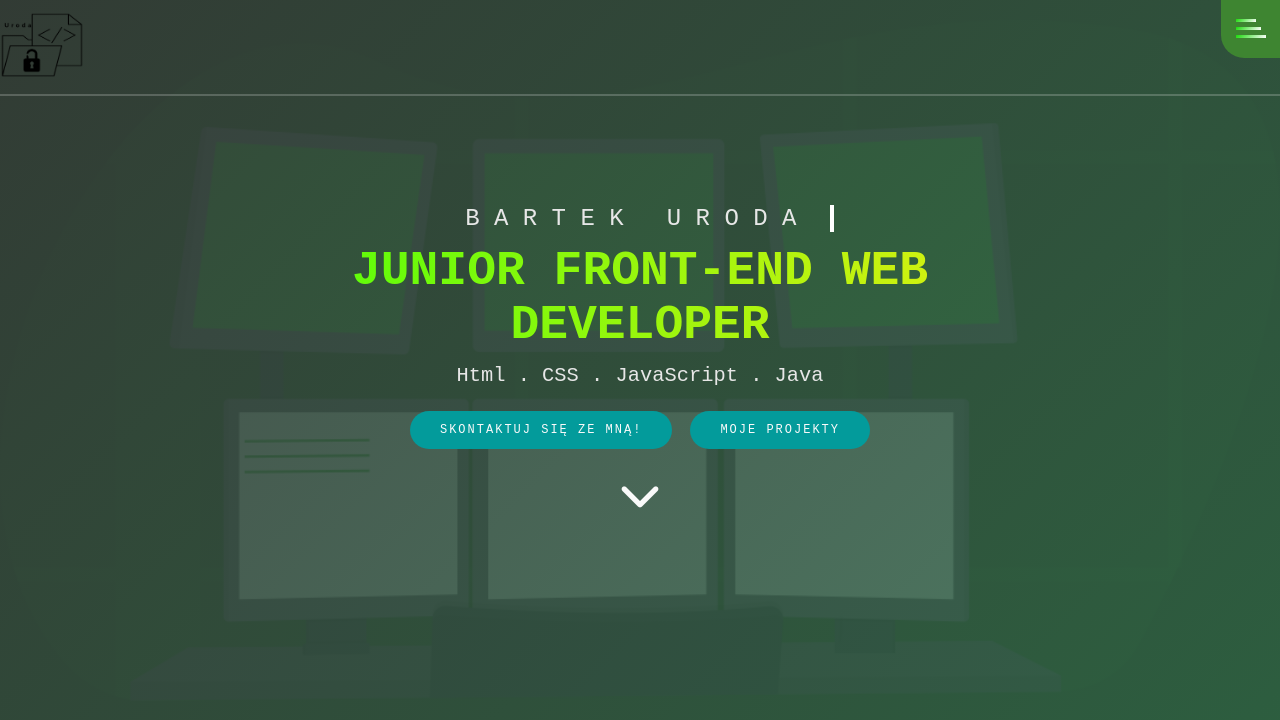
Repository: BartekUroda/portfolio
Page: index.html
The author's editor kept a copy of each file at every save. The page is drawn from the files as they stood at one save, then again after the next save.
The browser window is 1280 px wide. The pictures show the whole page.
Some web fonts or font styles are not loaded; a fallback is used. Some web libraries are served in a nearby version.

Above is the page before, as saved 2020-10-27 00:35:27.

### index.html
<!DOCTYPE html>
<html lang="en">
<head>
    <meta charset="UTF-8">
    <meta name="viewport" content="width=device-width, initial-scale=1.0">
    <title>Portfolio | Bartek Uroda</title>
    <link rel="stylesheet" type="text/css" href="css/style.css">
    <link href="https://fonts.googleapis.com/css2?family=Poppins&sfamily=Share+Tech+Mono&display=swap" rel="stylesheet">
    <script src="https://kit.fontawesome.com/056e5c10dc.js" crossorigin="anonymous"></script>
    <link rel="shortcut icon" type="image/x-icon" href="images/favicon.ico" />
</head>
<body>
    <header>
        <div class="container">
            <nav>
                <div class="nav-brand">
                    <a href="index.html">
                        <img src="images/logo.png" alt="Uroda">
                    </a>
                </div>
                <div class="burger-menu-icon">
                    <div class="line1"></div>
                    <div class="line2"></div>
                    <div class="line3"></div>
                </div>
                <ul class="nav-list">
                    <li class="nav-item">
                      <a href="#landing-page">
                        <img
                          src="images/profile.jpeg"
                          alt="Bartek Uroda"
                          class="profile-pic nav-link"
                        >
                        <span class="caption nav-link">Bartek Uroda</span>
                      </a>
                    </li>
                    <li class="nav-item">
                      <a href="#about" class="nav-link">O mnie</a>
                    </li>
                    <li class="nav-item">
                      <a href="#services" class="nav-link">Usługi</a>
                    </li>
                    <li class="nav-item">
                      <a href="#projects" class="nav-link">Projekty</a>
                    </li>
                    <li class="nav-item">
                      <a href="#contact" class="nav-link">Kontakt</a>
                    </li>
                    <li class="nav-item">
                      <a href="https://www.facebook.com/bartlomiej.uroda.3" target="_blank" class="nav-link">
                        <i class="fab fa-facebook"></i>
                      </a>
                      <a href="https://github.com/Urodii" target="_blank" class="nav-link">
                        <i class="fab fa-github"></i>
                      </a>
                      <a href="https://www.youtube.com/channel/UCzT1h5RNvmbtrmKT5hPjyAg?view_as=subscriber" target="_blank" class="nav-link">
                        <i class="fab fa-youtube"></i>
                      </a>
                    </li>
                  </ul>
            </nav>
        </div>
    </header>
    <main>
      <section id="landing-page" class="landing-page">
        <div class="container">
          <div class="main-message">
            <h2>Bartek Uroda</h2>
            <h3>Junior Front-End Web Developer</h3>
            <p>Html . CSS . JavaScript . Java</p>
            <div class="intro-btn">
              <div class="cta">
                <a href="#contact" class="btn">Skontaktuj się ze mną!</a>
              </div>
              <div class="cta">
                <a href="#projects" class="btn">Moje Projekty</a>
              </div>
            </div>
            <div>
              <a href="#about" class="scroll-down">
                <i class="fa fa-chevron-down" aria-hidden="true"></i>
              </a>
            </div>
          </div>
        </div>
      </section>
    </main>
 <script type="text/javascript" src="js/main.js"></script>
</body>
</html>

### css/style.css
/* ----------GLOBAL STYLES---------- */
*,
*::before,
*::after {
  margin: 0;
  padding: 0;
  box-sizing: inherit;
}
html {
    font-family: "Share Tech Mono", monospace;
    font-size: 12px;
    box-sizing: border-box;
    scroll-behavior: smooth;
    color: #e7e7e7;
    background: rgb(49, 68, 56);
}

a {
    text-decoration: none;
    color: rgb(3, 155, 23);
}

a:hover {
    color: rgba(249, 105, 14, 1);
}

ul {
    list-style: none;
}

p {
    font-size: 1.4rem;
}

img {
    width: 100%;
    max-width: 100%;
    height: auto;
}
/* ----------HEADER---------- */
header {
    width: 100%;
    height: 5rem;
    position: absolute;
    top: 0;
    left: 0;
    z-index: 1;
}
.contenier {
    width: 100%;
    max-width: 90rem;
    margin: 0 auto;
    padding: 0 1.5rem;
}
.nav-brand {
    width: 7rem;
}
nav {
    width: 100%;
    display: flex;
    align-items: center;
    justify-content: space-between;
    padding: 1rem 0;
    border-bottom: 2px solid rgba(255, 255, 255, .2);
}
.line1 {
    width: 20px;
    height: 3px;
    margin: 5px 0;
    background: linear-gradient(
      135deg,
      rgb(27, 218, 10) 0%,
      rgb(255, 255, 255) 100%
    );
}
.line2 {
    width: 25px;
    height: 3px;
    background: linear-gradient(
      135deg,
      rgb(27, 218, 10) 0%,
      rgb(255, 255, 255) 100%
    );
}
.line3 {
    width: 30px;
    height: 3px;
    margin: 5px 0;
    background: linear-gradient(
      135deg,
      rgb(27, 218, 10) 0%,
      rgb(255, 255, 255) 100%
    );
}
.burger-menu-icon {
    cursor: pointer;
    z-index: 999;
    position: fixed;
    right: 0;
    top: 0;
    background-color: rgba(67, 145, 47, 0.815);
    padding: 1.2rem;
    border-radius: 0% 0% 0% 40%;
}
.profile-pic {
    height: 9rem;
    width: auto;
    border-radius: 50%;
    display: block;
    margin: 1.5rem 0;
}
.caption {
    display: block;
}
.nav-list {
    width: 24rem;
    height: 100vh;
    background-color:  rgb(69, 85, 75);
    position: fixed;
    top: 0;
    right: -26rem;
    display: flex;
    flex-direction: column;
    align-items: center;
    justify-self: start;
    z-index: 998;
    transition: all 650ms ease-in-out;
}
.nav-list.active {
    right: 0;
}
.nav-item {
    margin: 1.2rem 0;
}
.nav-link {
    opacity: 0;
    font-size: 1.3rem;
    text-transform: uppercase;
    color: #cecece;
    letter-spacing: 1.5px;
}
.nav-link:hover {
    color: rgb(62, 248, 15);
}
.toggle {
    background: none;
}
.toggle .line1 {
    transform: rotate(-45deg) translate(-5px, 6px) scalex(2);
}
.toggle .line2 {
    opacity: 0;
}
.toggle .line3 {
    width: 20px;
    transform: rotate(45deg) translate(-5px, -6px) scalex(2);
    margin-left: 0px;
}
@keyframes navLinkAnimate {
    from{
        opacity: 0;
        transform: translate(50px);
    }
    to{
        opacity: 1;
        transform: translate(0px);
    }
}
/* ----------MAIN---------- */
.landing-page{
    width: 100%;
    height: 100vh;
    background: linear-gradient(
        135deg,
        rgba(50, 58, 52, 0.9) 0%,
        rgba(44, 100, 65, 0.8) 100%
    ),
    url('../images/mainpage.png') center no-repeat;
    background-size: contain;
    position: relative;
}
.main-message {
    width: 100%;
    max-width: 58rem;
    text-transform: uppercase;
    position: absolute;
    left: 50%;
    top: 50%;
    transform: translate(-50%, -50%);
    text-align: center;
}
.main-message h2 {
    letter-spacing: 1.2rem;
    font-size: 2rem;
    font-weight: 400;
    overflow: hidden;
    white-space: nowrap;
    animation: typing 5s steps(27), blink 1s ease-in-out 7s infinite;
    width: 27ch;
    margin: auto;
    border-right: 4px solid rgba(255, 255, 255, 1);
}

@keyframes typing {
    75% {
      width: 0ch;
      color: rgba(249, 105, 14, 1);
    }
    100% {
      width: 27ch;
    }
  }

  @keyframes blink {
    0% {
      border-right: 4px solid rgba(255, 255, 255, 0);
    }
    100% {
      border-right: 4px solid rgb(194, 194, 194);
    }
  }

.main-message h3 {
    font-size: 4rem;
    margin: 1rem 0;
    color: rgba(249, 105, 14, 1);
    background: linear-gradient(
      to right,
      rgb(87, 253, 9) 0%,
      rgb(217, 240, 17) 100%
    );
    -webkit-background-clip: text;
    -webkit-text-fill-color: transparent;
}

.main-message p {
    text-transform: none;
    font-size: 1.7rem;
    font-weight: 400;
}

.intro-btn {
    display: flex;
    justify-content: center;
}

.btn {
    margin: 0 9px;
    background: rgba(3, 155, 155);
    border-radius: 2rem;
    color: #fafafa;
    padding: 1rem 2.5rem;
    display: inline-block;
    margin-top: 2rem;
    transition: background-color 650ms;
    font-weight: 500;
    letter-spacing: 2px;
}
.btn:hover {
    color: #fafafa;
    background-color: rgba(189, 72, 0);
}

.scroll-down i {
    color: #fafafa;
    transition: color 650ms;
    margin-top: 2rem;
    font-size: 3.5rem;
}

.scroll-down i:hover {
    color: rgba(189, 72, 0);
}

### js/main.js
//eselect elements
const selectElement = (s) => document.querySelector(s);
const navLinks = document.querySelectorAll(".nav-link");

selectElement(".burger-menu-icon").addEventListener("click", () => {
    selectElement(".nav-list").classList.toggle("active");
    selectElement(".burger-menu-icon").classList.toggle("toggle")

    navLinks.forEach((link, index) => {
        if (link.style.animation){
            link.style.animation = ""
        }else{
            link.style.animation = `navLinkAnimate 0.5s ease forwards ${ index/7 + 0.5}s`
            console.log(index/7 + 0.5)
        }
    })
});

After the next save:
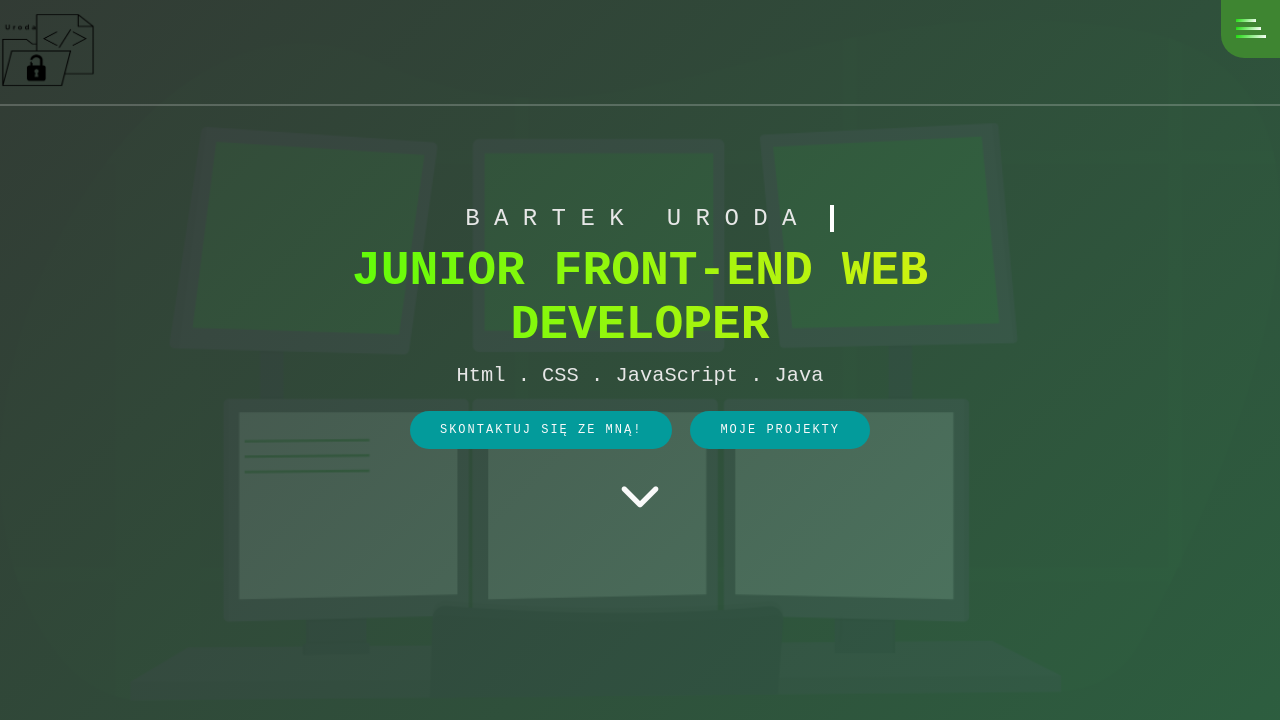
Saved 54 s later.
--- a/css/style.css
+++ b/css/style.css
@@ -53,7 +53,7 @@ header {
     padding: 0 1.5rem;
 }
 .nav-brand {
-    width: 7rem;
+    width: 8rem;
 }
 nav {
     width: 100%;
